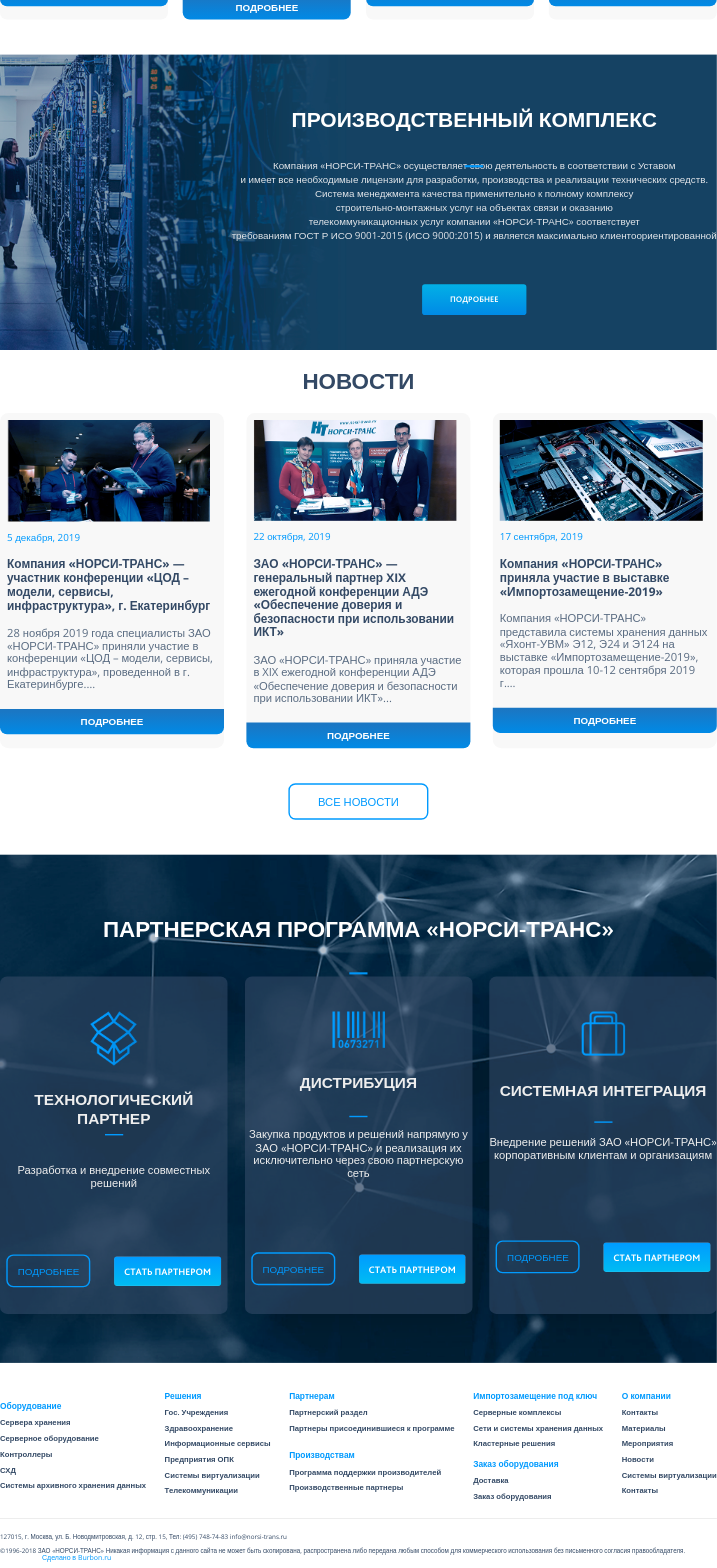
Repository: frostnn/testTaskBurbon
Page: app/index.html
The author's editor kept a copy of each file at every save. The page is drawn from the files as they stood at one save, then again after the next save.
The browser window is 1024 px wide. The pictures show the part of the page from y = 1100 to 3340 px (the page is 3340 px tall before and 3338 px after), at 70% of full size.
The style sheet was rebuilt from its Sass, Less or Tailwind sources for each picture, by a compiler version that may differ from the author's.

Above is the page before, as saved 2020-07-16 11:28:30.

After the next save:
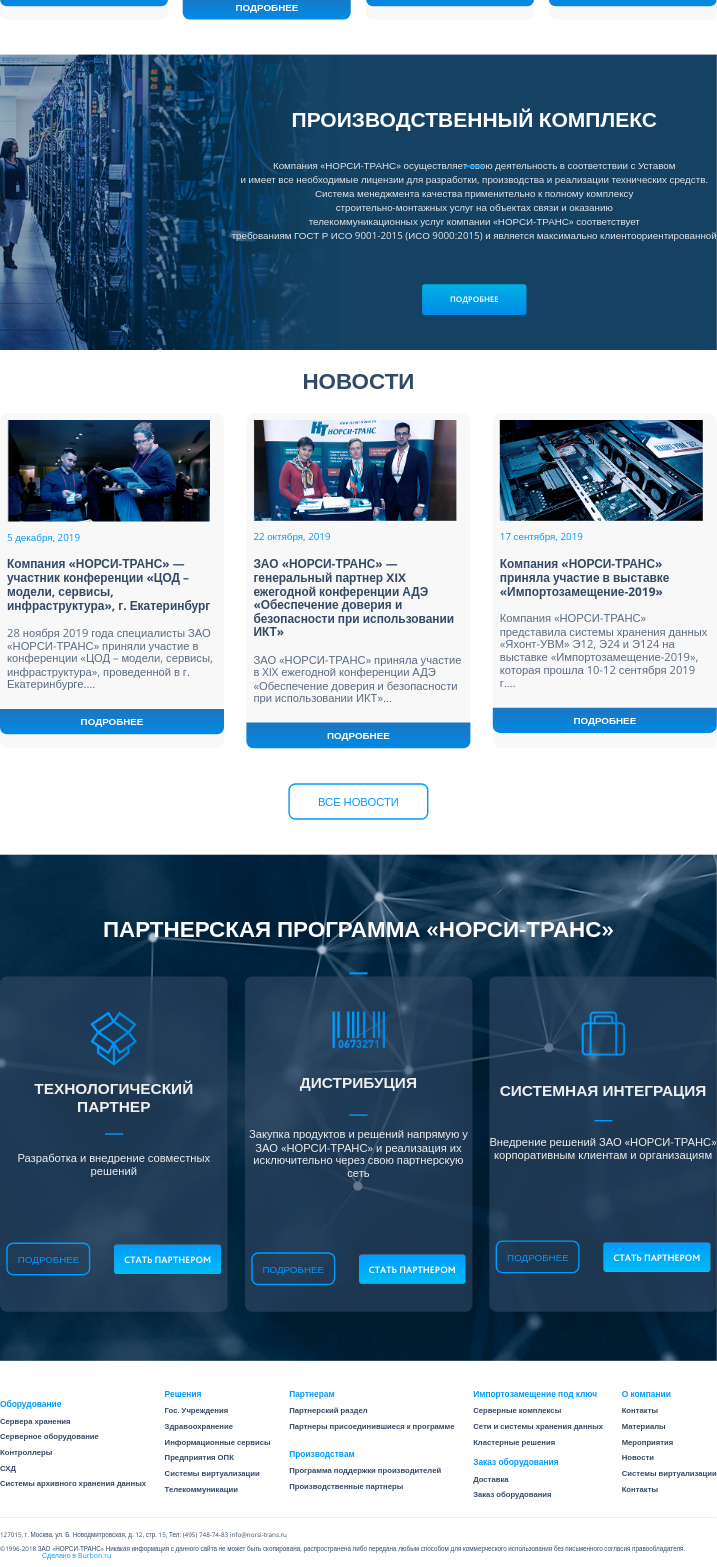
Saved 29 s later.
--- a/app/scss/_media.scss
+++ b/app/scss/_media.scss
@@ -268,7 +268,9 @@
   .program-block__btn {
     margin-top: 20px;
   }
-
-}
-
-}
+  .program-block__title {
+    margin-top: 20px;
+  }
+}
+
+}

After the save that followed:
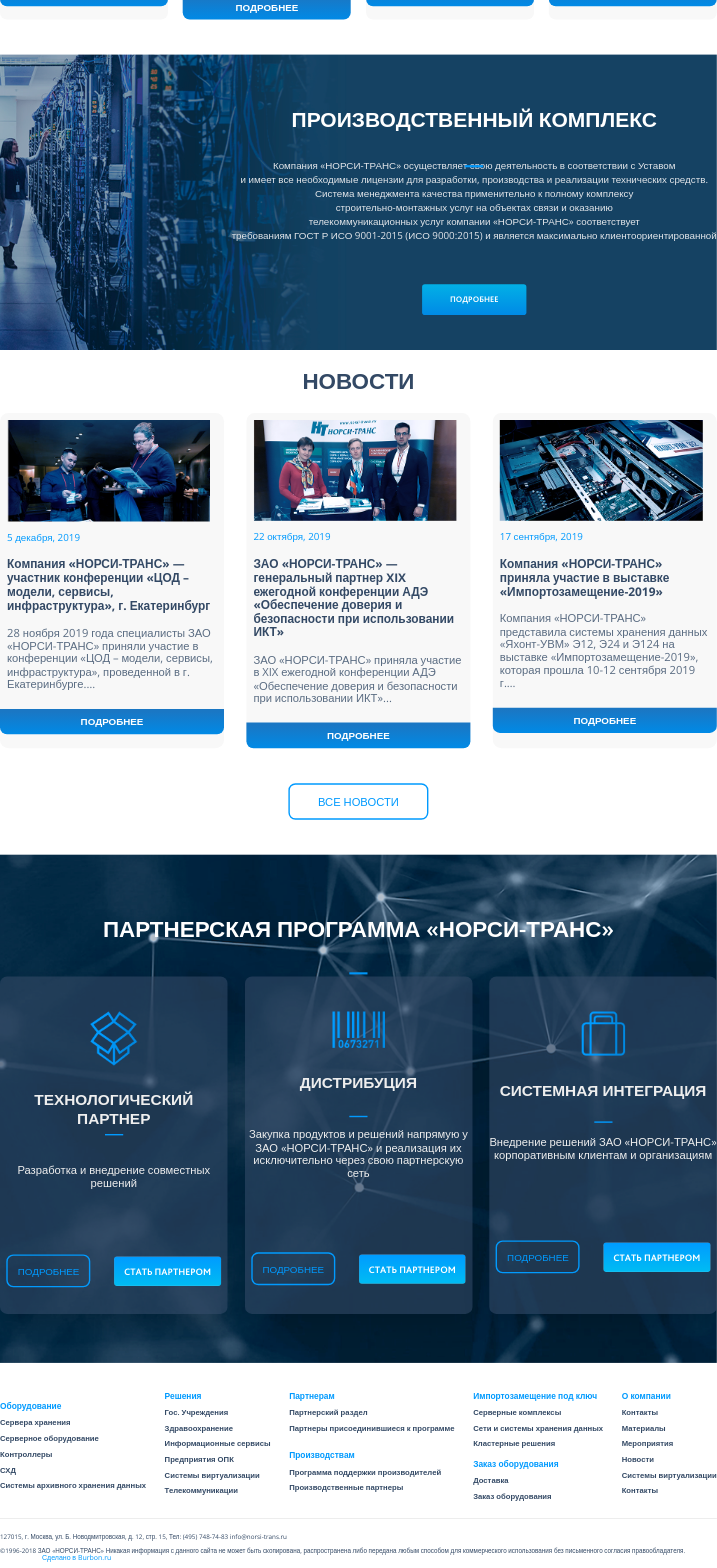
Saved 28 s later.
--- a/app/scss/_media.scss
+++ b/app/scss/_media.scss
@@ -268,9 +268,7 @@
   .program-block__btn {
     margin-top: 20px;
   }
-  .program-block__title {
-    margin-top: 20px;
-  }
-}
-
-}
+
+}
+
+}
